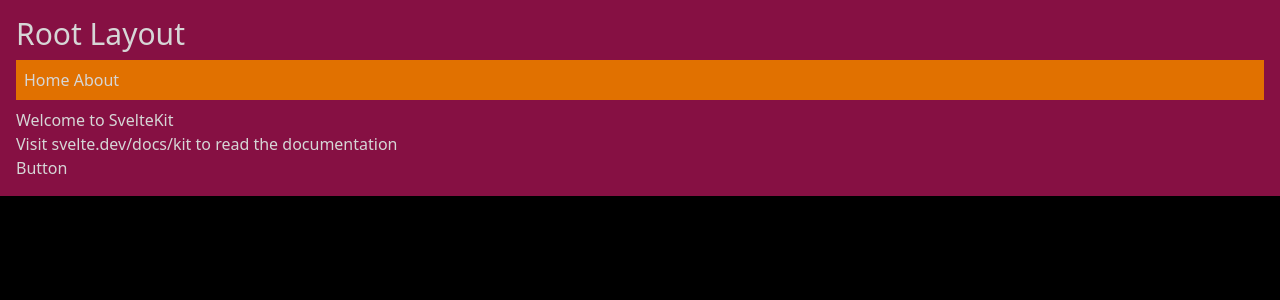
Repository: eyassud/notenow
Page: /
An editor plug-in stored every save of this project. The page is shown before and after the next save, followed by the edit.
The browser window is 1280 px wide. The pictures show the whole page.
The project was rebuilt for these pictures with package versions that can differ from the ones it lists, and the page was loaded fresh each time. The framework's server and built-in components were replaced by stand-ins that run in the browser. Also part of the build but not shown: svelte.config.js, vite.config.ts.

Above is the page before, as saved 2025-12-11 16:12:12.

After the next save:
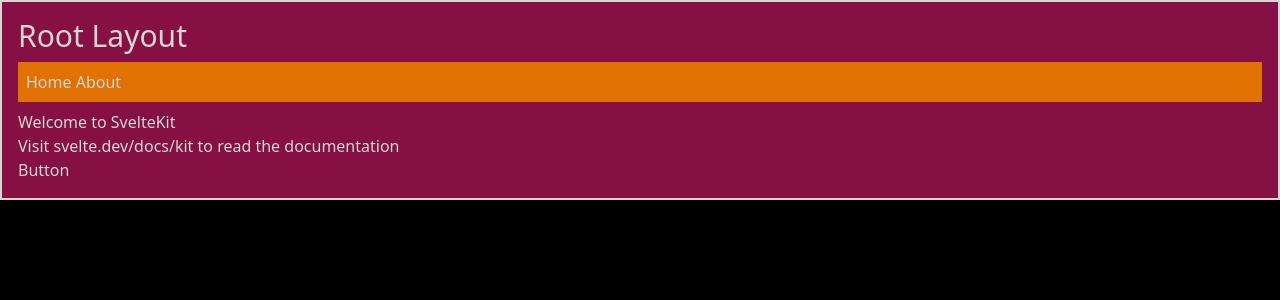
Saved 30 s later.
--- a/src/routes/+layout.svelte
+++ b/src/routes/+layout.svelte
@@ -9,7 +9,7 @@
 	<link rel="icon" href={favicon} />
 </svelte:head>
 
-<div class="bg-pink-900 p-4">
+<div class="border-2 bg-pink-900 p-4">
 	<h1 class="text-3xl">Root Layout</h1>
 	<nav class="my-2 bg-amber-600 p-2">
 		<ul class="flex gap-2">
